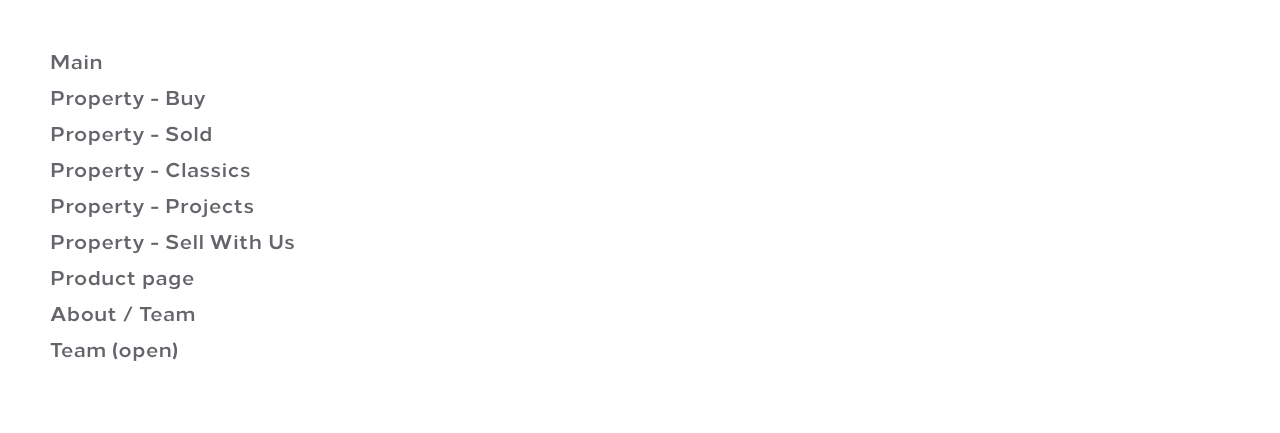
Repository: TarasDutchak/srb
Page: sitemap.html
The author's editor kept a copy of each file at every save. The page is drawn from the files as they stood at one save, then again after the next save.
The browser window is 1280 px wide. The pictures show the whole page.

Above is the page before, as saved 2024-07-26 07:14:19.
Console error: ReferenceError: Swiper is not defined

After the next save:
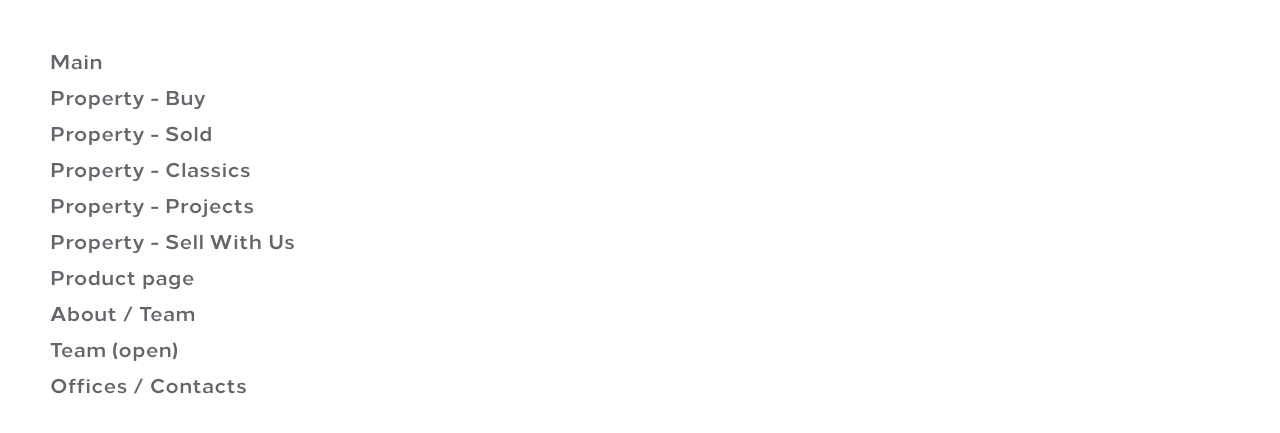
Saved 29 s later.
--- a/sitemap.html
+++ b/sitemap.html
@@ -23,6 +23,7 @@
             <li><a href="product.html" target="_blank">Product page</a></li>
             <li><a href="about-team.html" target="_blank">About / Team</a></li>
             <li><a href="team-open.html" target="_blank">Team (open)</a></li>
+            <li><a href="offices-contacts.html" target="_blank">Offices / Contacts</a></li>
         </ul>
     </div>
 
